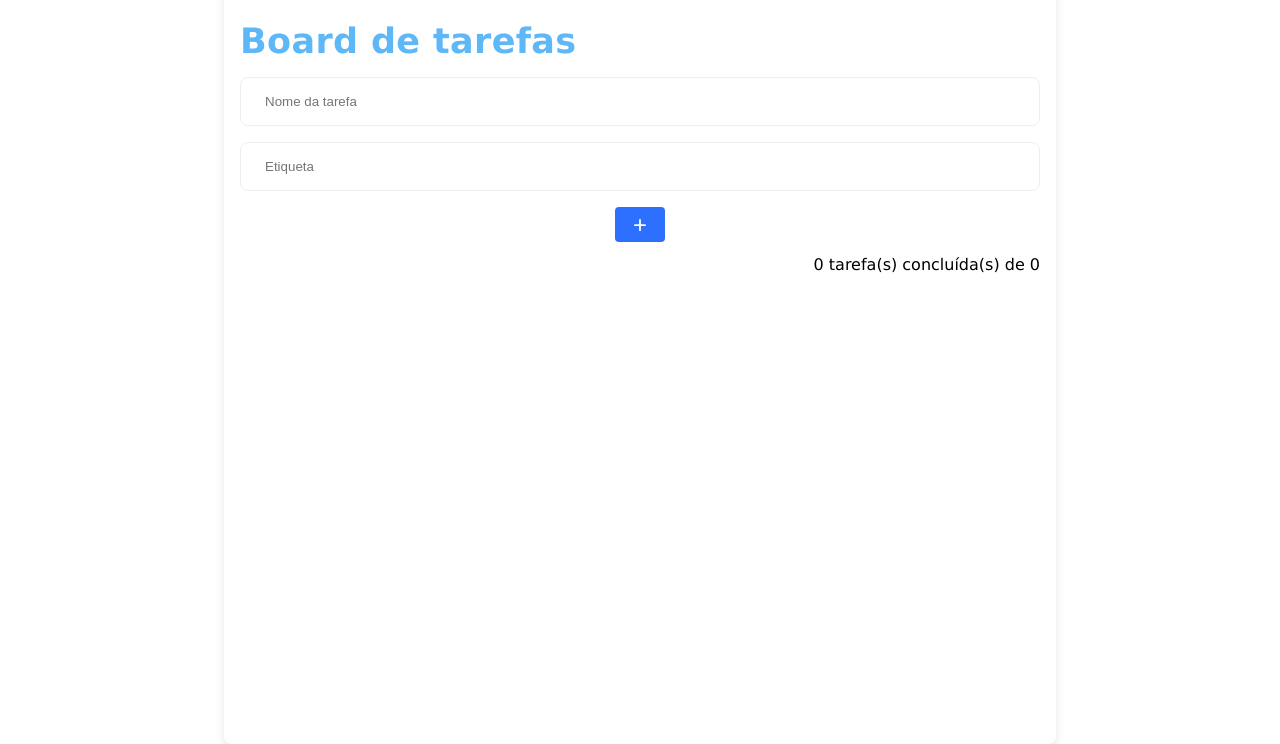
Repository: elasoares/RID187500_Desafio3
Page: index.html
An editor plug-in stored every save of this project. The page is shown before and after the next save, followed by the edit.
The browser window is 1280 px wide. The pictures show the whole page.

Above is the page before, as saved 2024-12-03 19:23:10.

### index.html
<!DOCTYPE html>
<html lang="pt">
<head>
    <meta charset="UTF-8">
    <meta name="viewport" content="width=device-width, initial-scale=1.0">
    <title>To-Do</title>
    <link rel="stylesheet" href="style.css">
<body>
    <main>
        <header>
            <h1>Board de tarefas</h1>
        </header>
        <section id="create-todo-section">
            <form id="create-todo-form">
                <input
                type="text"
                id="descricao"
                name="descricao"
                placeholder="Nome da tarefa"
                aria-label="Nome da tarefa"
                class="input-nome-tarefa"
            />
            <input
                type="text"
                id="etiqueta"
                name="etiqueta"
                placeholder="Etiqueta"
                aria-label="Etiqueta"
                class="input-etiqueta"
            />
            <div class="container-btn">
                <button type="submit" aria-label="Cadastrar tarefa" class="add-tarefa-btn">+</button>
            </div>
            </form>
        </section>
        <section class="todo-list-section">
            <ul id="todo-list">
            </ul>
        </section>
        <footer id="todo-footer">

        </footer>
    </main>
    <script src="js.js"></script>
</body>
</html>

### style.css
html {
    width: 100%;
    height: auto;

    box-sizing: border-box;
    font-size: 10px;
    font-family: 'Lucida Sans Regular', 'Lucida Grande', 'Lucida Sans Unicode';
}

body {
    width: 100%;
    height: 100vh;
    margin: 0;
    padding: 0;
    display: flex;
    justify-content: center;
    align-items: center;
}

header{
    width: 100%;
}

    h1 {
    font-family: 'Lucida Sans Regular', 'Lucida Grande', 'Lucida Sans Unicode';
    font-size: 32px;
    font-weight: 600;
    line-height: 37.92px;
    letter-spacing: 0.01em;
    text-align: left;
    text-underline-position: from-font;
    text-decoration-skip-ink: none;
    color: #000;
}

main {
    width: 100%;
    height: 100%;
    max-width: 42rem;
    background-color: #fff;
    border-radius: 0.8rem;
    padding: 3rem 2.4rem;
    box-shadow: 0 0.5rem 1rem rgba(0, 0, 0, 0.1);
    display: flex;
    justify-content: flex-start;
    align-items: center;
    flex-direction: column;

}


.todo-list-section {
    display: flex;
    flex-direction: column;
    align-items: center;
    justify-content: center;
    width: 100%;
    height: auto;
    gap: 8px;
}

.todo-list-section ul {
    padding-inline-start: 0;
    height: 20rem;
    overflow: auto;
    width: 100%;
    display: flex;
    flex-direction: column;
    align-items: center;
    justify-content: center;
    height: auto;
    gap: 8px;
}

.todo-list-section ul li {
    width: 80%;
    height: 120px;
    padding: 24px 32px 24px 32px;
    margin-top: 5px;
    border-radius: 16px;
    border: 1px solid #EEEEEE;
    list-style: none;
    display: flex;
    flex-direction: column;
    align-items: flex-start;
    justify-content: center;
    gap: 16px;
}

.todo-list-section ul li:last-child {
    margin-bottom: 0;
}



.complete-task-btn {
    background: #2D70FD;
    width: 121px;
    height:44px;
    padding: 12px 24px 12px 24px;
    gap: 8px;
    border-radius: 4px;
    border: 1px solid #2D70FD;
    color: #fff;
    font-family: 'Lucida Sans Regular', 'Lucida Grande', 'Lucida Sans Unicode';
    font-size: 18px;
    font-weight: 500;
    text-align: center;
    align-self: center;
}




#create-todo-section {
    width: 100%;
    height: 150px;
    display: flex;
    flex-direction: column;
    align-items: flex-start;
    justify-content: center;
}

#create-todo-form {
    font-size: 1.6rem;
    display: flex;
    flex-direction: column;
    width: 100%;
    gap: 16px;
}
input{
    width: Fill (311px)px;
    height: Fixed (50px)px;
    padding: 16px 24px 16px 24px;
    gap: 10px;
    border-radius: 8px;
    border: 1px solid #EEEEEE

}

input:focus {
    border: 1px solid #5eb7f6;
}



.container-btn{
    display: flex;
    align-items: center;
    justify-content: center;
    width: 100%;
}

.add-tarefa-btn {
    width: 100%;
    height: 4rem;
    color: #fff;
    background-color: #2D70FD;
    border-radius: 4px;
    font-size: 2.4rem;
    cursor: pointer;
    border: none;
}

.add-tarefa-btn:hover {
    opacity: 0.8;
}


.task-details{
    display: flex;
    align-items: flex-start;
    justify-content: center;
    flex-direction: column;
    gap: 5px;
}

.task-text{
    font-family: 'Lucida Sans Regular', 'Lucida Grande', 'Lucida Sans Unicode';
    font-size: 16px;
    font-weight: 500;
    line-height: 17.6px;
    letter-spacing: 0.01em;
    text-underline-position: from-font;
    text-decoration-skip-ink: none;

}

.todo-item.completed .task-text {
    text-decoration: line-through;
    color: #bbbbbb;
    font-family: 'Lucida Sans Regular', 'Lucida Grande', 'Lucida Sans Unicode';
    font-size: 16px;
    font-weight: 500;
    line-height: 17.6px;
    letter-spacing: 0.01em;
    text-decoration-line: line-through;
    text-underline-position: from-font;
    text-decoration-skip-ink: none;

}

.todo-item.completed .task-completed-icon {
    font-size: 1.6rem;
    color: #fff;
    align-self: center;
    width: 32px;
    height: 32px;
    border-radius: 32px;
    background: #00D8A7;
    display: flex;
    align-items: center;
    justify-content: center;
}

.task-label {
    width: 67px;
    height: 21px;
    border-radius: 16px;
    border: 1px 0px 0px 0px;
    background: #FFFFFF;
    border: 1px solid #b2bec3;
    display: flex;
    align-items: center;
    justify-content: center;
    color: #b2bec3;
}

.task-date {
    font-size: 1rem;
    color: #b2bec3;
    margin-top: 0.4rem;
}


footer {
    width: 100%;
    display: flex;
    flex-direction: row-reverse;
    justify-content: space-between;
    font-size: 1.6rem;
    align-items: center;
}

@media (min-width: 768px) {
    main {
        max-width: 50rem;
        padding: 2.4rem 1.6rem;
    }

    h1 {
        color: #da5c3e;
    }

    .todo-list-section ul li {
        font-size: 1.5rem;
    }

    .add-tarefa-btn {
        width: 5rem;
        height: 3.5rem;
    }

    #nome-tarefa {
        font-size: 1.5rem;
    }
    .remove-done-task-btn {
        font-size: 1.5rem;
        padding: 0 1rem;
    }
}

@media (min-width: 980px) {
    main {
        max-width: 80rem;
        padding: 2.4rem 1.6rem;
    }
    h1 {
        font-size: 3.5rem;
        color: #5eb7f6;
    }

    .remove-done-task-btn {
        font-size: 1.8rem;
        padding: 0 1rem;
    }
}

### js.js
const createTaskListItem = (tarefa) => {
    const lista = document.getElementById("todo-list");

    const toDo = document.createElement('li');
    toDo.className = `todo-item ${tarefa.checado ? 'completed' : ''}`;
    toDo.id = tarefa.id;

    // Criar o conteúdo da tarefa
    const taskDetails = document.createElement('span');
    taskDetails.className = 'task-details';
    taskDetails.innerHTML = `
        <span class="task-text ${tarefa.checado ? 'completed-text' : ''}">${tarefa.descricao}</span>
        <span class="task-label">${tarefa.etiqueta}</span>
        <span class="task-date">Criado em: ${tarefa.data}</span>

    `;


    if (!tarefa.checado) {
        const completeButton = document.createElement('button');
        completeButton.textContent = 'Concluir';
        completeButton.className = 'complete-task-btn';
        completeButton.onclick = () => markTaskAsCompleted(tarefa.id);

        toDo.appendChild(taskDetails);
        toDo.appendChild(completeButton);
    } else {
        const completedIcon = document.createElement('span');
        completedIcon.textContent = '✔';
        completedIcon.className = 'task-completed-icon';

        toDo.appendChild(taskDetails);
        toDo.appendChild(completedIcon);
    }

    lista.appendChild(toDo);
};

const markTaskAsCompleted = (taskId) => {
    const tarefas = getTasksFromLocalStorage();
    const updatedTasks = tarefas.map((task) => {
        if (task.id === taskId) {
            task.checado = true;
        }
        return task;
    });

    setTaskInLocalStorage(updatedTasks);


    const taskElement = document.getElementById(taskId);
    if (taskElement) {
        taskElement.remove();
    }
    const tarefa = updatedTasks.find((task) => task.id === taskId);
    createTaskListItem(tarefa);

    renderTaskProgressData(updatedTasks);
};

const getTasksFromLocalStorage = () => {
    const localTasks = JSON.parse(window.localStorage.getItem('tasks'));
    return localTasks ? localTasks : [];
};

const setTaskInLocalStorage = (tarefas) => {
    window.localStorage.setItem('tasks', JSON.stringify(tarefas));
};

const renderTaskProgressData = (tasks) => {
    const tasksProgress = document.getElementById('tasks-progress') || document.createElement('span');
    tasksProgress.id = 'tasks-progress';

    const doneTasks = tasks.filter(({ checado }) => checado).length;
    const totalTasks = tasks.length;

    tasksProgress.textContent = `${doneTasks} tarefa(s) concluída(s) de ${totalTasks}`;
    document.getElementById('todo-footer').appendChild(tasksProgress);
};

const createTask = (event) => {
    event.preventDefault();

    const descricao = event.target.elements.descricao.value;
    const etiqueta = event.target.elements.etiqueta.value;
    const id = new Date().getTime();
    const data = new Date().toLocaleDateString();
    const checado = false;

    const newTask = { id, descricao, etiqueta, data, checado };

    const tarefas = getTasksFromLocalStorage();
    const updatedTasks = [...tarefas, newTask];
    setTaskInLocalStorage(updatedTasks);

    createTaskListItem(newTask);
    event.target.reset(); // Limpar o formulário
    renderTaskProgressData(updatedTasks);
};

window.onload = () => {
    const form = document.getElementById('create-todo-form');
    form.addEventListener('submit', createTask);

    const tarefas = getTasksFromLocalStorage();
    tarefas.forEach((tarefa) => createTaskListItem(tarefa));
    renderTaskProgressData(tarefas);
};

After the next save:
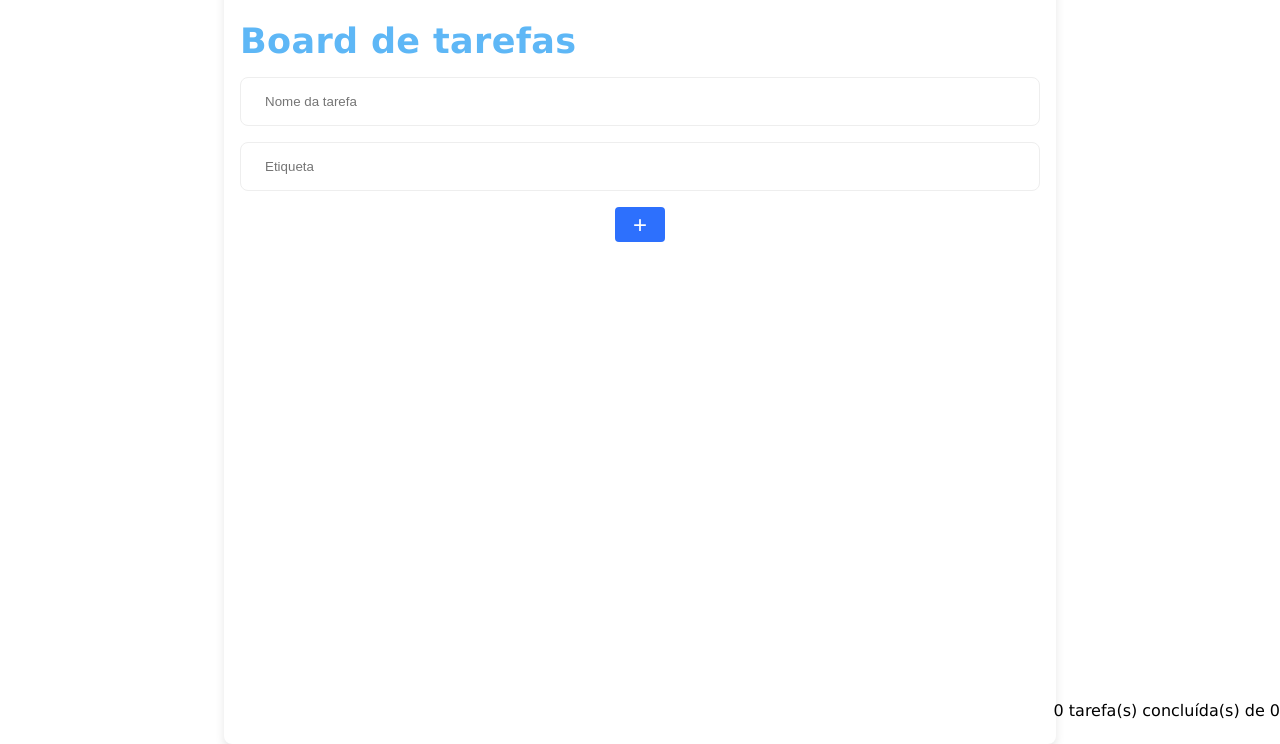
Saved 37 s later.
--- a/style.css
+++ b/style.css
@@ -240,6 +240,8 @@ footer {
     justify-content: space-between;
     font-size: 1.6rem;
     align-items: center;
+    position: fixed;
+    bottom: 0;
 }
 
 @media (min-width: 768px) {
